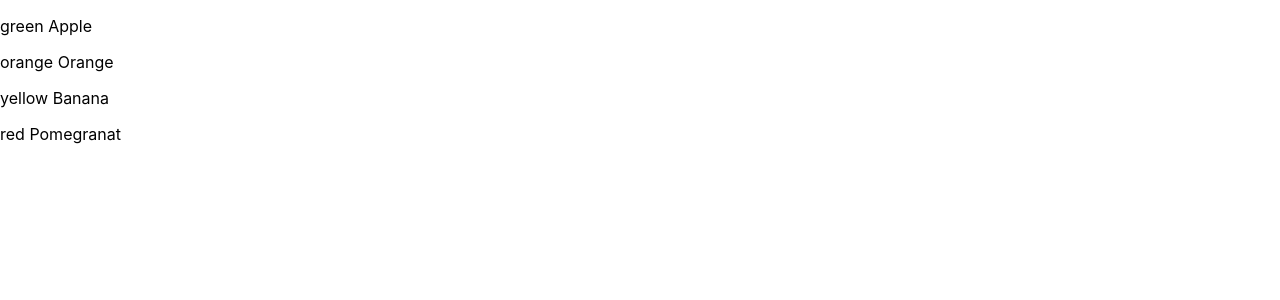
Repository: tatevkalashyan/homwork5-counter
Page: /
An editor plug-in stored every save of this project. The page is shown before and after a run of saves, followed by the edit.
The browser window is 1280 px wide. The pictures show the whole page.
The project was rebuilt for these pictures with package versions that can differ from the ones it lists, and the page was loaded fresh each time.

Above is the page before, as saved 2020-11-21 20:27:07.

After the next 5 saves:
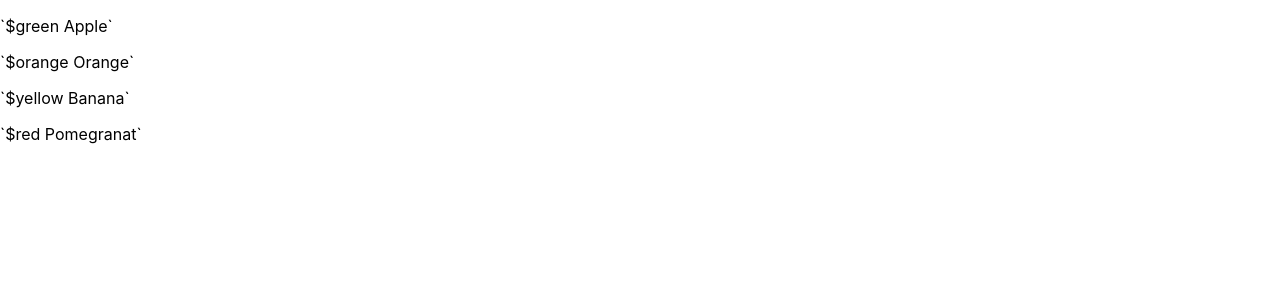
The 5 saves are shown as one change because they came seconds apart.
The last was saved 15 s later.
--- a/src/List.js
+++ b/src/List.js
@@ -16,7 +16,7 @@ class List extends Component {
         {this.state.value.map((fruit, key) => {
           return (
             <div key={key}>
-              <p>{this.state.colors[key]} {fruit}</p>
+              <p>`${this.state.colors[key]} {fruit}`</p>
             </div>
           );
         })}
